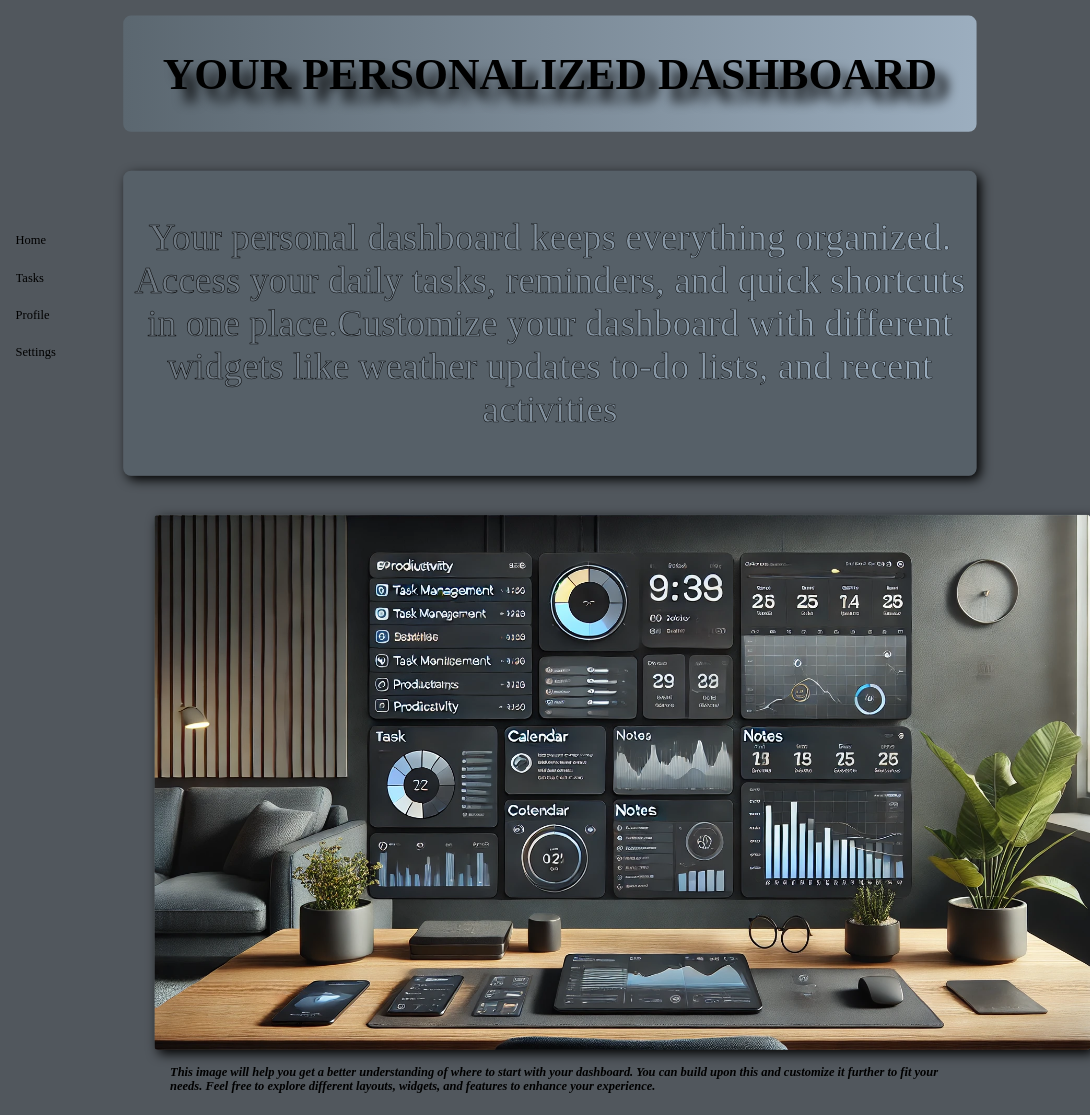
Repository: Parnicoza/testecomplete
Page: testcomplet-14.html
The author's editor kept a copy of each file at every save. The page is drawn from the files as they stood at one save, then again after the next save.
The browser window is 1280 px wide. The page is 1398 px wide, so the pictures cover 1398 px, including what lies to the right of the window. The pictures show the whole page, at 78% of full size.

Above is the page before, as saved 2025-02-27 16:17:52.

### testcomplet-14.html
<!DOCTYPE html>
<html lang="en">

<head>
    <title>Personal Dashboard</title>
    <link rel="stylesheet" href="stilizaretestcomplet-14.css">
    <link rel="icon" href="imaginitestecomplete/dashboard.ico">
</head>

<body>
    <div class="background-for-the-heading">
        <h1 class="main-heading">Your Personalized Dashboard</h1>
    </div>

    <div class="thesamebackground">
        <p class="paragraph-gradient">Your personal dashboard keeps everything organized. Access your daily tasks,
            reminders, and quick shortcuts in one place.Customize your dashboard with different widgets like weather
            updates to-do lists, and recent activities</p>
    </div>

    <div class="divimage">
        <figure>
            <img src="imaginitestecomplete/productivity.jpg" alt="productivity image" width="1200" class="image" title="Productivity image" usemap="#dashboard-map">
            <map name="dashboard-map">
                <area shape="rect" coords="341,127,487,280" href="https://blog.productivity.directory/" alt="Productivity blog" target="_blank">
                <area shape="rect" coords="670,134,825,280" href="https://blog.productivity.directory/" alt="Productivity blog" target="_blank">
            </map>
            <figcaption class="figcaption">This image will help you get a better understanding of where to start with
                your dashboard.
                You can build upon this and customize it further to fit your needs.
                Feel free to explore different layouts, widgets, and features to enhance your experience.
            </figcaption>
        </figure>
    </div>
    <!--Vreau sa fac un image map pentru imaginea asta-->

    <div class="Dashboard">
        <div class="sidebar">
            <ul class="list">
                <li>Home</li>
                <li>Tasks</li>
                <li>Profile</li>
                <li>Settings</li>
            </ul>
        </div>
    </div>
</body>

</html>

### stilizaretestcomplet-14.css
body{
    background-color:#51575D;
}

.main-heading{
    text-align: center;
    text-transform: uppercase;
    text-shadow: 15px 15px 15px black;
    font-size: 3.5em;
    color: black;
}

.background-for-the-heading{
    background: linear-gradient(to right, #5B6770, #9CAEBF);
    margin: 20px;
    padding: 5px;
    border-radius: 10px;
    margin-left: 150px;
}

.thesamebackground{
    background-color: rgba(91, 103, 112, 0.6) ;
    margin-left: 150px;
    margin-top: 50px;
    text-align: center;
    padding: 10px;
    border-radius: 10px;
    box-shadow: 5px 5px 15px black;
    margin-right: 20px;
}

.paragraph-gradient{
    background: linear-gradient(to right, #6A747D, #9BAEBF);
    background-clip: text;
    color: transparent;
    font-size: 3em;
    -webkit-text-stroke: 0.7px black;
    text-align: center;
}

.quote{
    border: 1px dotted black;
    padding: 10px;
    margin-left: 150px;
}

.divider{
    border: none;
    height: 4px;
    background-color: lightgray;
    border: 3px dotted black;
    margin: 14px;
    margin-left: 150px;
}

.image{
    border-radius: 5px;
    box-shadow: 5px 5px 15px black;
    display: block;
    margin: 0 auto;
}

.picture{
    margin-left: 150px;
}

.Dashboard{
    display: flex;
}

.sidebar{
    display: flex;
    flex-direction: column;
   width: 250px;
   position: fixed;
   left: 0;
   top: 0;
   height: 100vh;
   justify-content: center;
   margin: 20px;
}

.list{
    list-style-type: none;
    display: flex;
    flex-direction: column;
    gap: 30px;
    padding: 0;
}

.container{
    margin-left: 150px;
}

.divimage{
    display: block;
    margin-left: 150px;
    margin-top: 50px;

}

.figcaption{
    font-style: italic;
    font-weight: bold;
    margin: 20px;
}

After the next save:
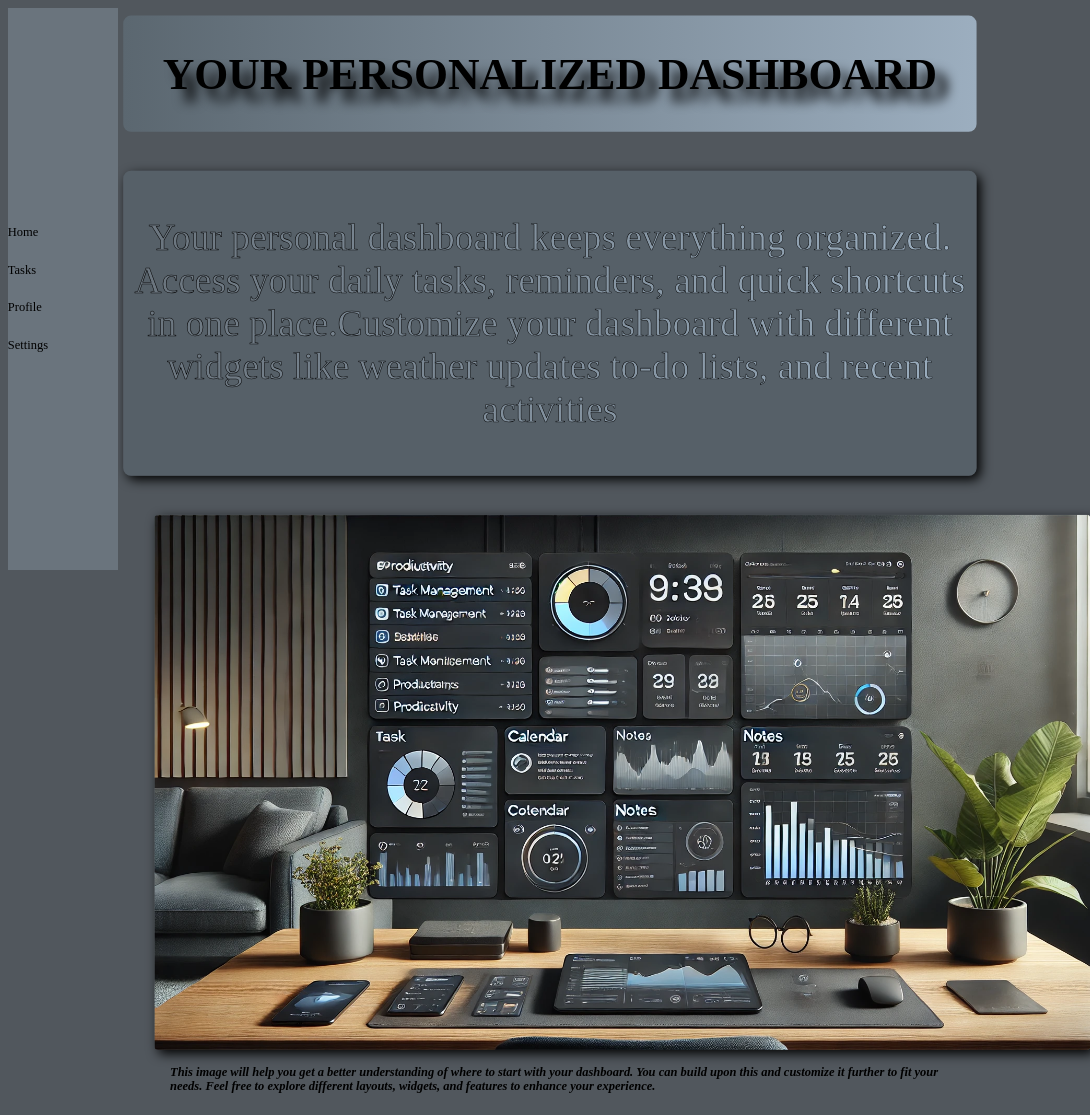
Saved 5 min 57 s later.
--- a/stilizaretestcomplet-14.css
+++ b/stilizaretestcomplet-14.css
@@ -71,13 +71,14 @@ body{
 .sidebar{
     display: flex;
     flex-direction: column;
-   width: 250px;
+   width: 140px;
    position: fixed;
    left: 0;
    top: 0;
    height: 100vh;
    justify-content: center;
-   margin: 20px;
+   margin: 10px;
+   background-color: #6A747D;
 }
 
 .list{
